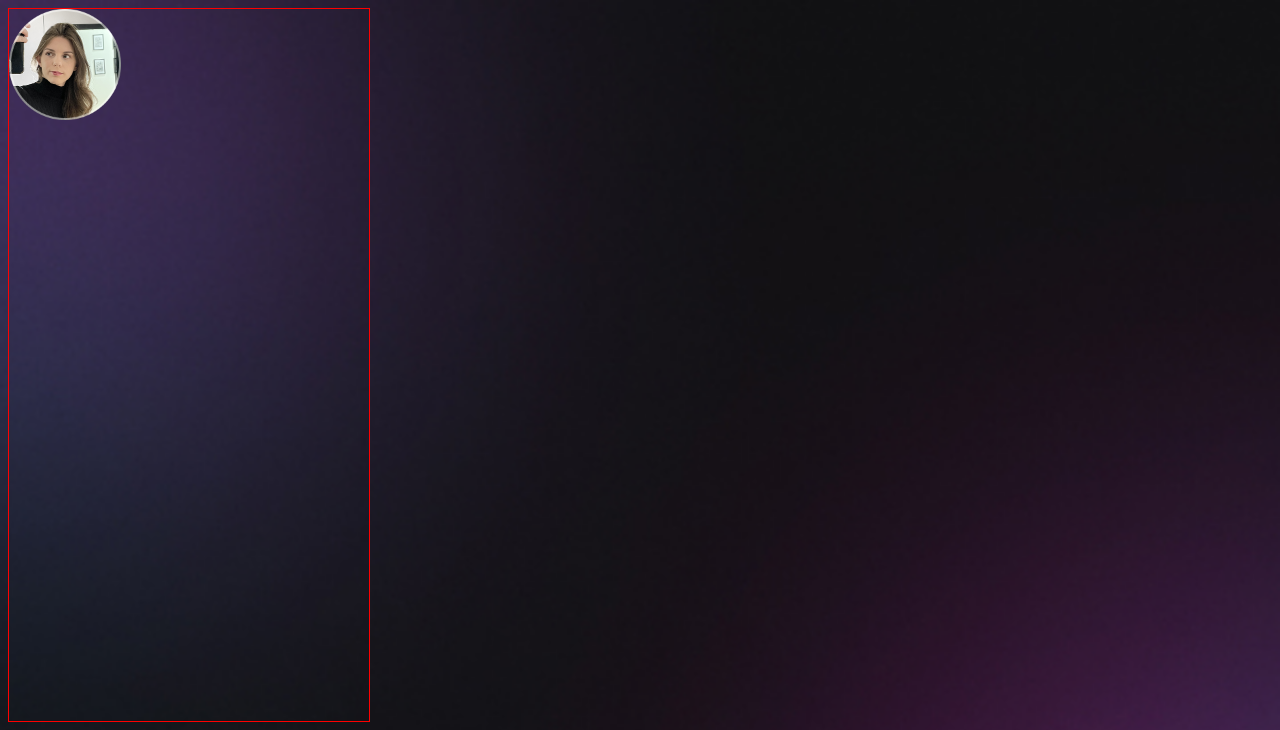
Repository: Fr4nc021/Pagina-de-links-
Page: index.html
The author's editor kept a copy of each file at every save. The page is drawn from the files as they stood at one save, then again after the next save.
The browser window is 1280 px wide. The pictures show the whole page.

Above is the page before, as saved 2025-02-07 16:12:54.

### index.html
<!DOCTYPE html>
<html lang="pt-br">
<head>
    <meta charset="UTF-8">
    <meta name="viewport" content="width=device-width, initial-scale=1.0">
    <title>DevLinks</title>
    <link rel="stylesheet" href="style.css">
</head>
<body>
    <div id="container">
    <div id="profile">
        <img src="./assets/avatar.png" alt="">
    </div>
    </div>
</body>
</html>

### style.css
body {
    /*
    background-image: url(./assets/bg-mobile.jpg);
    background-repeat: no-repeat;
    background-position: top center;
    background-size: cover;
*/

/*background: color image repeat position/size */
background: url(./assets/bg-mobile.jpg) no-repeat top center/cover;
}

#container {
    width: 360px;
    height: 712px;
    border: 1px solid red;
}

#profile img {
    width: 112px;
}

After the next save:
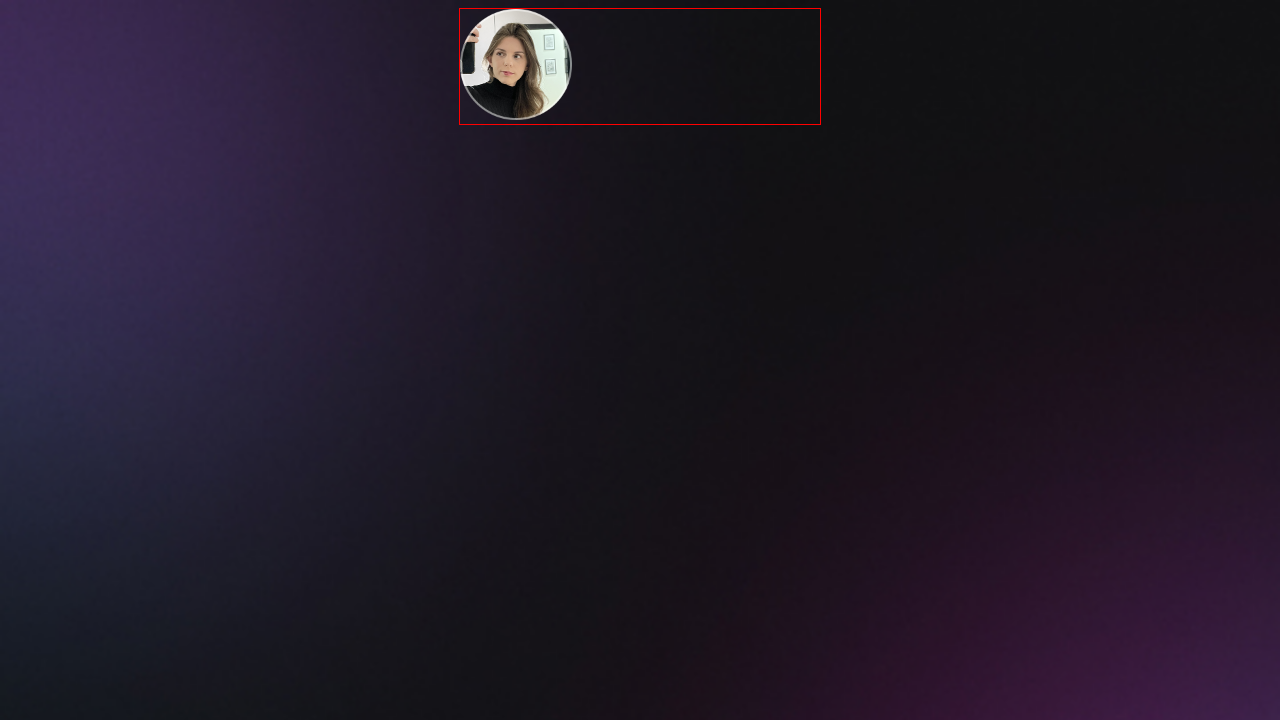
Saved 2 min 0 s later.
--- a/style.css
+++ b/style.css
@@ -12,10 +12,9 @@ background: url(./assets/bg-mobile.jpg) no-repeat top center/cover;
 
 #container {
     width: 360px;
-    height: 712px;
     border: 1px solid red;
+    margin: auto;
 }
 
 #profile img {
-    width: 112px;
-}
+    width: 112px;}
